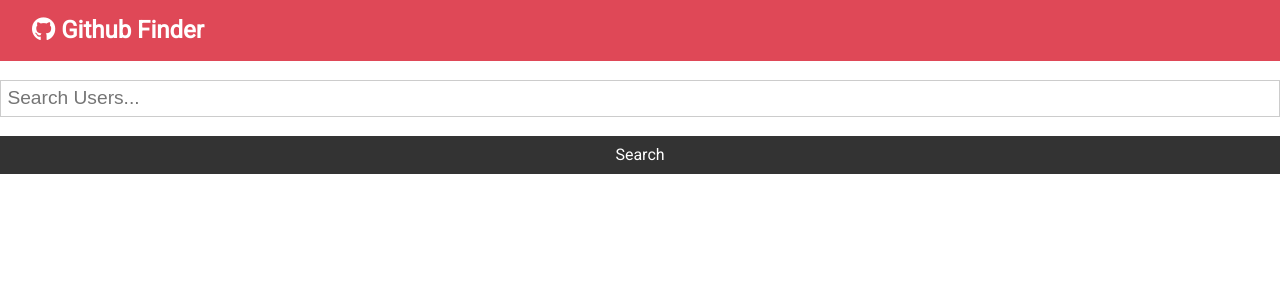
Repository: bafode/github-finder
Page: /
These files come from the project's save history. The page is drawn as it stood at one moment and after the next save; the edit follows.
The browser window is 1280 px wide. The pictures show the whole page.
Some web libraries are served in a nearby version. The project was rebuilt for these pictures with package versions that can differ from the ones it lists, and the page was loaded fresh each time. Also part of the build but not shown: src/components/users/UserItem.js, src/components/layout/Spinner.js.

Above is the page before, as saved 2023-06-16 20:35:13.

### public/index.html
<!DOCTYPE html>
<html lang="en">
  <head>
    <meta charset="utf-8" />
    <link rel="shortcut icon" href="%PUBLIC_URL%/favicon.ico" />
    <meta name="viewport" content="width=device-width, initial-scale=1" />
    <meta name="theme-color" content="#000000" />
    <link rel="manifest" href="%PUBLIC_URL%/manifest.json" />
    <link
      rel="stylesheet"
      href="https://use.fontawesome.com/releases/v5.8.2/css/all.css"
      integrity="sha384-oS3vJWv+0UjzBfQzYUhtDYW+Pj2yciDJxpsK1OYPAYjqT085Qq/1cq5FLXAZQ7Ay"
      crossorigin="anonymous"
    />

    <title>Github Finder</title>
  </head>
  <body>
    <noscript>You need to enable JavaScript to run this app.</noscript>
    <div id="root"></div>
  </body>
</html>

### src/App.js
import React, { Component } from 'react';
import axios from 'axios';
import './App.css';
import Navbar from './components/layout/Navbar'
import Users from './components/users/Users'
import Search from './components/users/Search'

class App extends Component {
  state = {
    loading: false,
    users:[]
  }

  searchUsers =async text => {
    this.setState({ loading: true });
    const res = await axios.get(`https://api.github.com/search/users?q=${text}&client_id=${process.env.REACT_APP_GITHUB_CLIENT_ID}&client_secret=${process.env.REACT_APP_GITHUB_CLIENT_SECRET}`)
    this.setState({users:res.data.items,loading:false})
  }

  // async componentDidMount() {

  //   this.setState({ loading: true });
  //   const res = await axios.get(`https://api.github.com/users?client_id=${process.env.REACT_APP_GITHUB_CLIENT_ID}&client_secret=${process.env.REACT_APP_GITHUB_CLIENT_SECRET}`)
  //   this.setState({users:res.data,loading:false})
  // }

  render() {
    const { loading, users } = this.state
    return (
      <div className="App">
        <Navbar />
        <Search searchUsers={this.searchUsers} />
        <div className="container">
          <Users loading={loading} users={users}/>
        </div>
      </div>
    );
  }
}

export default App;

### src/components/layout/Navbar.js
import React from 'react'
import PropTypes from 'prop-types'

const Navbar=({icon,title})=> {
    return (
        <nav className='navbar bg-primary'>
            <h1>
                <i className={icon}></i> {title}
            </h1>
      </nav>
    )

}

Navbar.defaultProps = {
    title: 'Github Finder',
    icon:'fab fa-github'
}

Navbar.propTypes = {
    title: PropTypes.string.isRequired,
    icon:PropTypes.string.isRequired
}

export default Navbar

### src/components/users/Users.js
import React from 'react'
import UserItem from './UserItem'
import PropTypes from 'prop-types'
import Spinner from '../layout/Spinner'
const  Users=({users,loading})=>{

    if (loading) {
        return <Spinner/>
    } else {
        return (
            <div style={userStyle}>
                {users?.map((user) => (
                    <UserItem key={user.id} user={user}/>
                ))}
          </div>
        )
    }

  }


const userStyle = {
    display: 'grid',
    gridTemplateColumns: 'repeat(3,1fr)',
    gridGap:'1rem'
}
Users.propTypes = {
    loading: PropTypes.bool.isRequired,
    users:PropTypes.array.isRequired,
}
export default Users

### src/components/users/Search.js
import React, { Component } from 'react'
import PropTypes from 'prop-types'
class Search extends Component {
    state = {
        text:''
    }

    static propTypes = {
        searchUsers:PropTypes.func.isRequired,
    }

    onSubmit=(e)=> {
        e.preventDefault();
        this.props.searchUsers(this.state.text)
        this.setState({text:''})
    }
    onChange = (e) => {
        this.setState({[e.target.name]:e.target.value})
    }
  render() {
    return (
        <div>
            <form onSubmit={this.onSubmit} className="from">
                <input type="text" name="text" placeholder='Search Users...' value={this.state.text} onChange={this.onChange} />
                <input type="submit" value="Search" className='btn btn-dark btn-block' />
            </form>
      </div>
    )
  }
}

export default Search

Loaded but not shown: src/index.js (common file); src/App.css (common file)

After the next save:
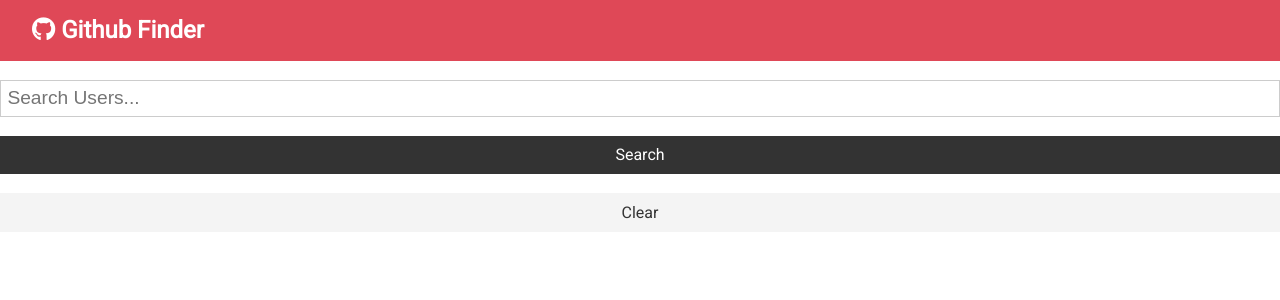
Saved 3 min 30 s later.
--- a/src/components/users/Search.js
+++ b/src/components/users/Search.js
@@ -6,7 +6,8 @@
     }
 
     static propTypes = {
-        searchUsers:PropTypes.func.isRequired,
+        searchUsers: PropTypes.func.isRequired,
+        clearUsers:PropTypes.func.isRequired,
     }
 
     onSubmit=(e)=> {
@@ -24,6 +25,7 @@
                 <input type="text" name="text" placeholder='Search Users...' value={this.state.text} onChange={this.onChange} />
                 <input type="submit" value="Search" className='btn btn-dark btn-block' />
             </form>
+            <button className="btn btn-light btn-block" onClick={this.props.clearUsers}>Clear</button>
       </div>
     )
   }

After the 4 saves that followed:
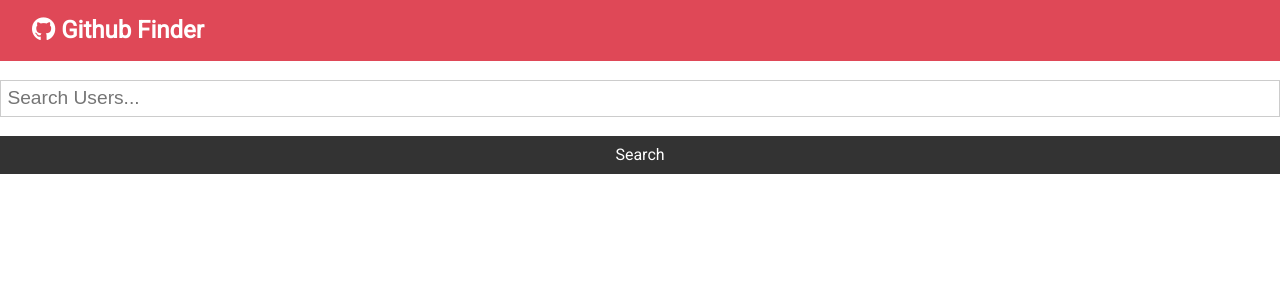
The 4 saves are shown as one change because 3 left the picture as it was.
The last was saved 6 min 21 s later.
--- a/src/App.js
+++ b/src/App.js
@@ -17,6 +17,11 @@ class App extends Component {
     this.setState({users:res.data.items,loading:false})
   }
 
+  clearUsers =async text => {
+
+    this.setState({users:[],loading:false})
+  }
+
   // async componentDidMount() {
 
   //   this.setState({ loading: true });
@@ -29,7 +34,7 @@ class App extends Component {
     return (
       <div className="App">
         <Navbar />
-        <Search searchUsers={this.searchUsers} />
+        <Search searchUsers={this.searchUsers} clearUsers={this.clearUsers} showClear={this.state.users.length>0?true:false} />
         <div className="container">
           <Users loading={loading} users={users}/>
         </div>
--- a/src/components/users/Search.js
+++ b/src/components/users/Search.js
@@ -7,7 +7,8 @@
 
     static propTypes = {
         searchUsers: PropTypes.func.isRequired,
-        clearUsers:PropTypes.func.isRequired,
+        clearUsers: PropTypes.func.isRequired,
+        showClear:PropTypes.bool.isRequired,
     }
 
     onSubmit=(e)=> {
@@ -25,7 +26,7 @@
                 <input type="text" name="text" placeholder='Search Users...' value={this.state.text} onChange={this.onChange} />
                 <input type="submit" value="Search" className='btn btn-dark btn-block' />
             </form>
-            <button className="btn btn-light btn-block" onClick={this.props.clearUsers}>Clear</button>
+            {this.props.showClear&&<button className="btn btn-light btn-block" onClick={this.props.clearUsers}>Clear</button>}
       </div>
     )
   }
